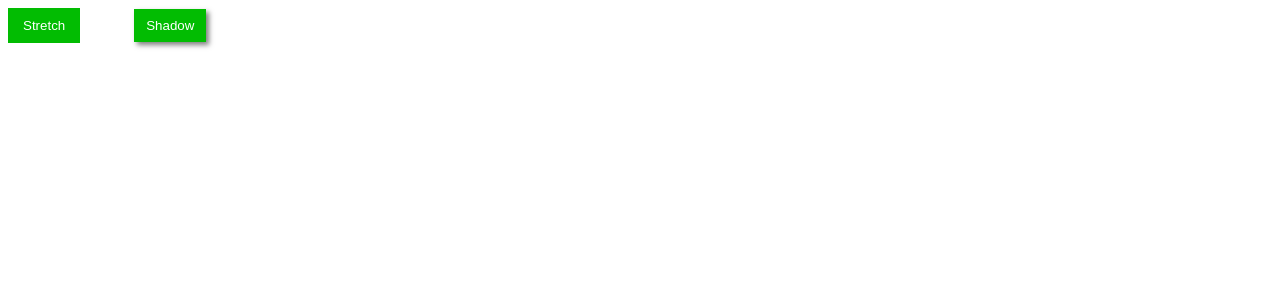
Repository: Kurumilli/Youtube
Page: 4i.html
These files come from the project's save history. The page is drawn as it stood at one moment and after the next save; the edit follows.
The browser window is 1280 px wide. The pictures show the whole page.
The first visible `.shadow` is being pressed.

Above is the page before, as saved 2025-01-29 20:05:00.

After the next save:
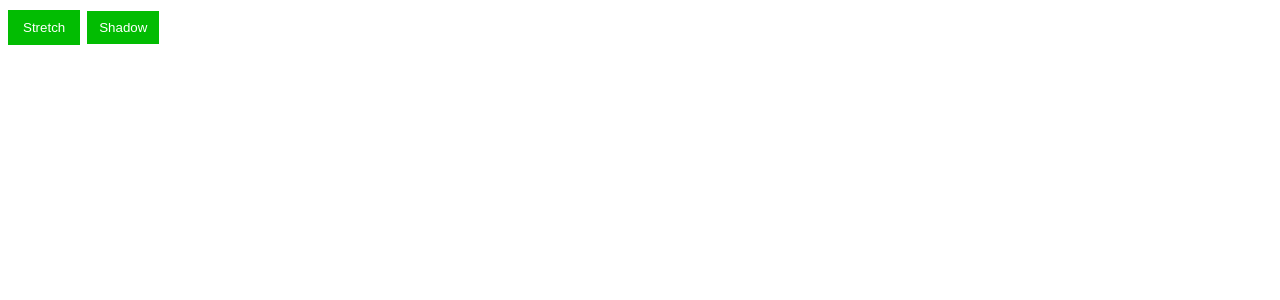
Saved 52 s later.
--- a/4i.html
+++ b/4i.html
@@ -37,8 +37,9 @@ box-shadow: 3px 3px 5px rgba(0,0,0,0.5);
 }
 
 .shadow:active{
-  transition: box-shadow 1s;
-
+    margin-top: 3px;
+    margin-left: 3px;
+    box-shadow: none;
 }
 </style>
 
